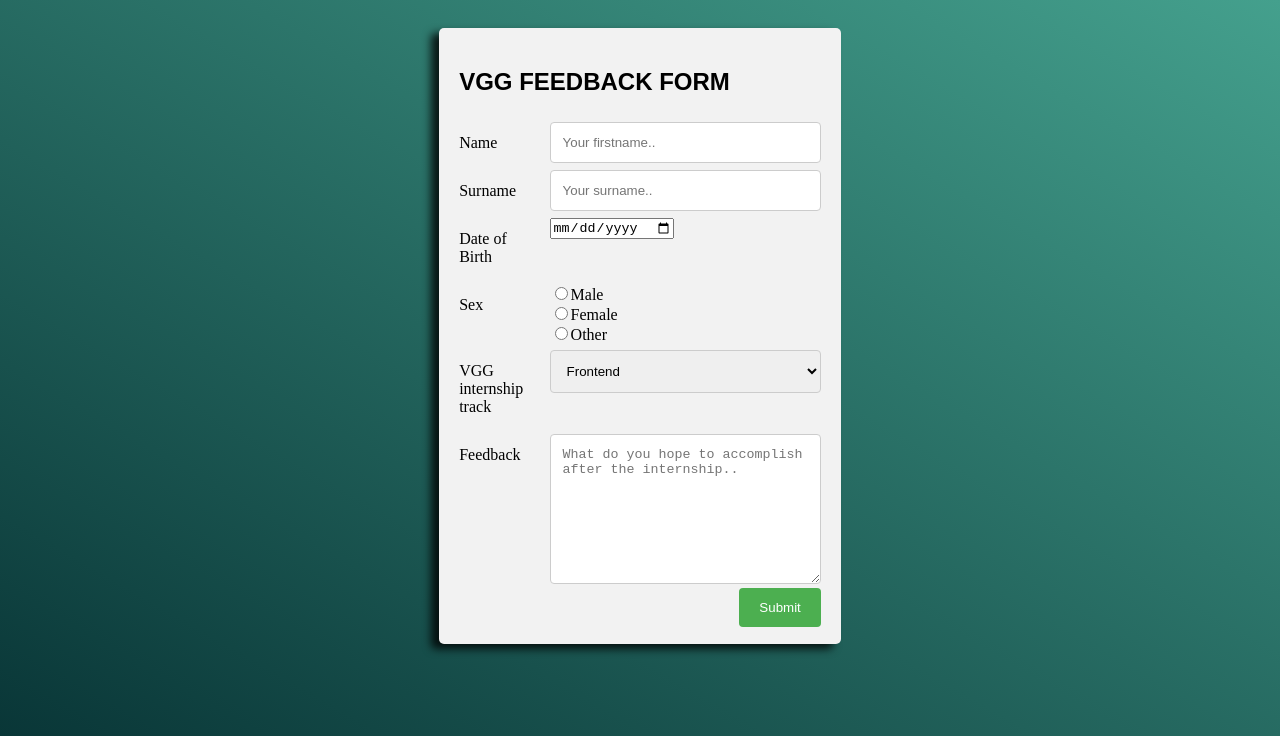
Repository: iphyokafor/VGG-Feedback-form
Page: index2.html
An editor plug-in stored every save of this project. The page is shown before and after the next save, followed by the edit.
The browser window is 1280 px wide. The pictures show the whole page.

Above is the page before, as saved 2020-01-13 01:08:11.

### index2.html
<!DOCTYPE html>
<html lang="en">

<head>
    <meta charset="UTF-8">
    <meta name="viewport" content="width=device-width, initial-scale=1.0">
    <meta http-equiv="X-UA-Compatible" content="ie=edge">
    <title>VGG feedback form</title>
    <link rel="stylesheet" href="./main.css">
</head>

<body>
    <div class="container">
        <form>
            <h2 class="heading">Vgg feedback form</h2>
            <div class="row">
                <div class="col-25">
                    <label for="name">Name</label>
                </div>
                <div class="col-75">
                    <input type="text" class="txtinput" id="name" name="name" placeholder="Your firstname..">
                </div>
            </div>
            <div class="row">
                <div class="col-25">
                    <label for="surname">Surname</label>
                </div>
                <div class="col-75">
                    <input type="text" class="txtinput" id="surname" name="surname" placeholder="Your surname..">
                </div>
            </div>
            <div class="row">
                <div class="col-25">
                    <label for="dob">Date of Birth</label>
                </div>
                <div class="col-75">
                    <input type="date" id="date" name="date">
                </div>
            </div>
            <div class="row">
                <div class="col-25">
                    <label for="sex">Sex</label>
                </div>
                <div class="col-75">
                    <input type="radio" name="gender">Male<br>
                    <input type="radio" name="gender">Female<br>
                    <input type="radio" name="gender">Other
                </div>
            </div>
            <div class="row">
                <div class="col-25">
                    <label for="VGG internship">VGG internship track</label>
                </div>
                <div class="col-75">
                    <select id="VGG internship" name="VGG">
            <option value="frontend">Frontend</option>
            <option value="backend">Backend</option>
            <option value="ui/ux">UI/UX</option>
            <option value="software">Software Quality Assurance</option>
            <option value="devops">DevOps</option>
          </select>
                </div>
            </div>
            <div class="row">
                <div class="col-25">
                    <label for="feedback">Feedback</label>
                </div>
                <div class="col-75">
                    <textarea id="feedback" name="feedback" placeholder="What do you hope to accomplish after the internship.." style="height:150px"></textarea>
                </div>
            </div>
            <div class="row">
                <input type="submit" class="btn" value="Submit">
            </div>
        </form>
    </div>

</body>

</html>

### main.css
/* Style inputs, select elements and textareas */

body {
    display: flex;
    justify-content: center;
    flex-wrap: wrap;
    background: linear-gradient(to right top, #093637, #44A08D);
    background-repeat: no-repeat;
    height: 100vh;
}

.txtinput,
select,
textarea {
    width: 100%;
    padding: 12px;
    border: 1px solid #ccc;
    border-radius: 4px;
    box-sizing: border-box;
    resize: vertical;
}


/* Style the label to display next to the inputs */

label {
    padding: 12px 12px 12px 0;
    display: inline-block;
}


/* Style the submit button */

.btn {
    background-color: #4CAF50;
    color: white;
    padding: 12px 20px;
    border: none;
    border-radius: 4px;
    cursor: pointer;
    float: right;
    transition: all 1s;
}

.btn:hover {
    transform: scale(1.1);
}


/* Style the container */

.container {
    height: 80vh;
    margin-top: 20px;
    border-radius: 5px;
    background-color: #f2f2f2;
    padding: 20px;
    box-shadow: -8px 5px 8px rgba(0, 0, 0, 0.8);
    transition: border 0.15s linear 0s, linear 0s, color 0.15s linear 0s;
}

.heading {
    text-transform: uppercase;
    font-family: Arial, Helvetica, sans-serif;
    text-decoration: darkcyan;
}


/* Floating column for labels: 25% width */

.col-25 {
    float: left;
    width: 25%;
    margin-top: 6px;
}


/* Floating column for inputs: 75% width */

.col-75 {
    float: left;
    width: 75%;
    margin-top: 6px;
}


/* Clear floats after the columns */

.row:after {
    content: "";
    display: table;
    clear: both;
}


/* Responsive layout - when the screen is less than 600px wide, make the two columns stack on top of each other instead of next to each other */

@media screen and (max-width: 600px) {
    .col-25,
    .col-75,
    input[type=submit] {
        width: 100%;
        margin-top: 0;
    }
}

After the next save:
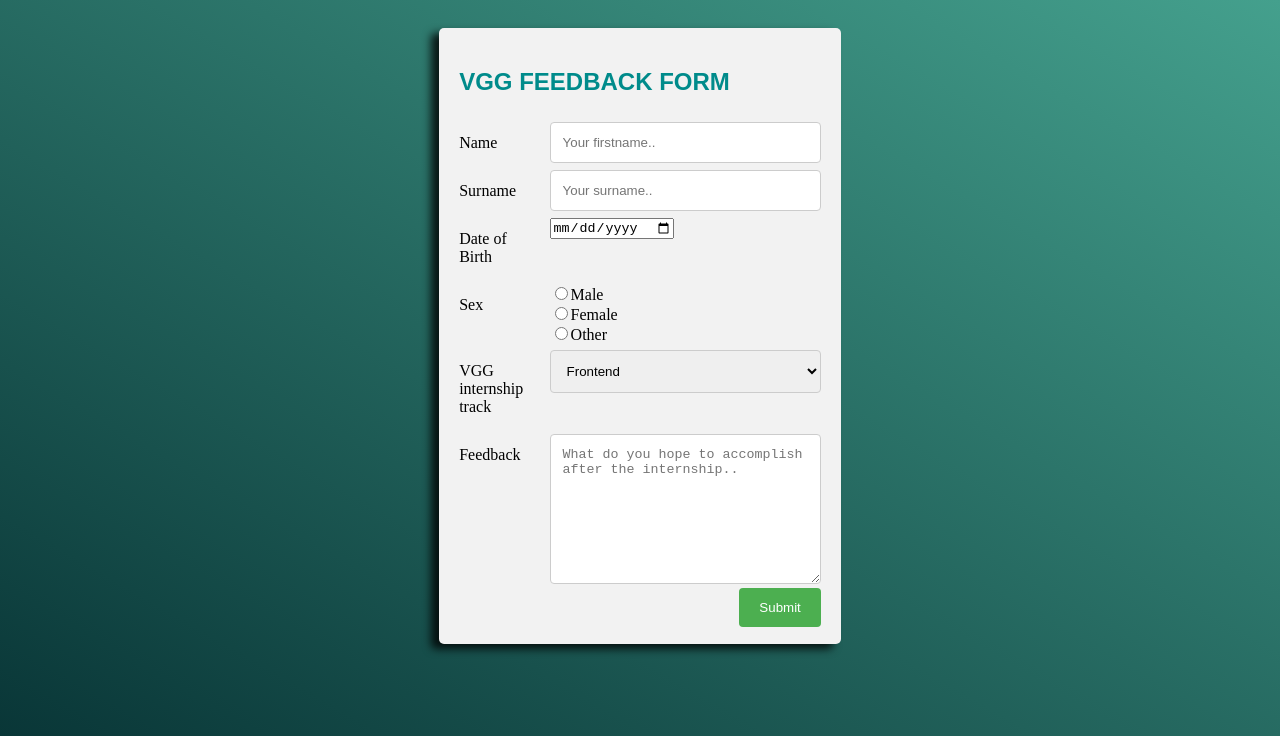
Saved 36 s later.
--- a/main.css
+++ b/main.css
@@ -63,6 +63,7 @@ label {
     text-transform: uppercase;
     font-family: Arial, Helvetica, sans-serif;
     text-decoration: darkcyan;
+    color: darkcyan;
 }
 
 
